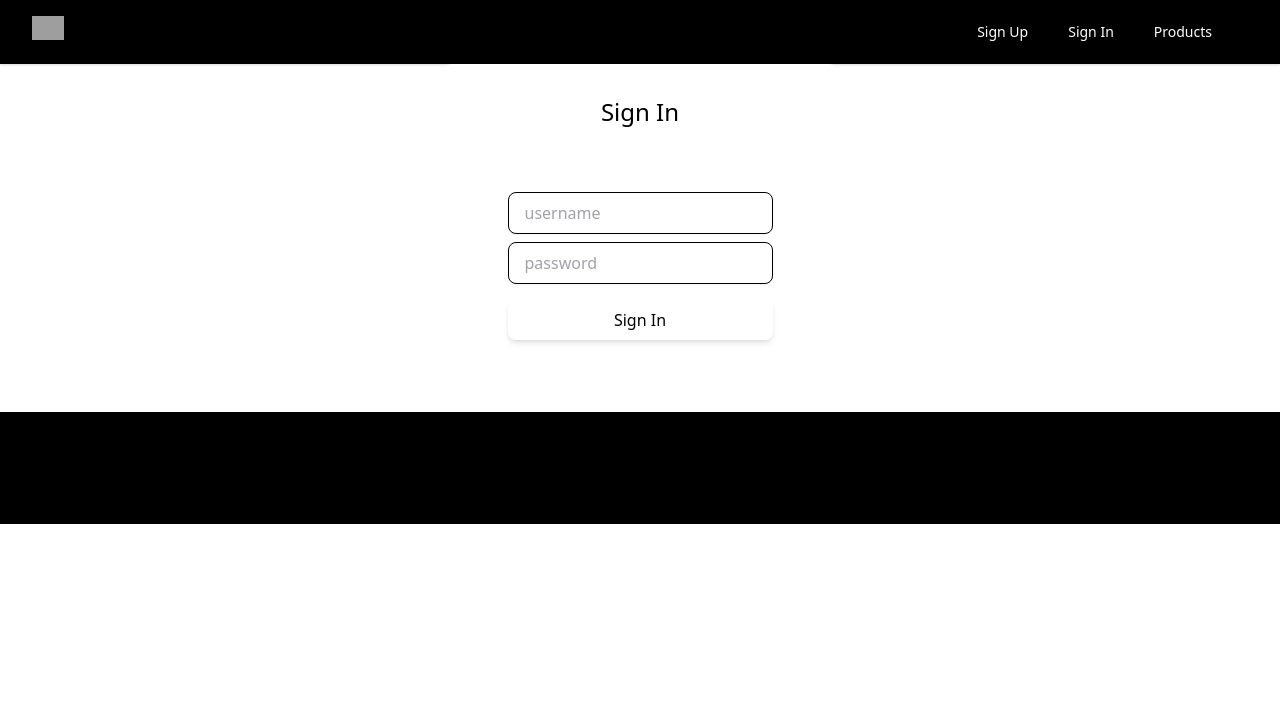
Repository: jesschoe/devup
Page: /signin (app in client/)
The author's editor kept a copy of each file at every save. The page is drawn from the files as they stood at one save, then again after a run of saves.
The browser window is 1280 px wide. The pictures show the whole page.
Pictures or frames that could not be fetched are drawn as grey boxes. The project was rebuilt for these pictures with package versions that can differ from the ones it lists, and the page was loaded fresh each time. Also part of the build but not shown: client/craco.config.js, client/src/screens/Home/Home.jsx, client/src/services/products.js, client/src/screens/ProductDetail/ProductDetail.jsx, client/src/screens/ProductEdit/ProductEdit.jsx, client/src/screens/ProductCreate/ProductCreate.jsx, client/src/screens/SignUp/SignUp.jsx, client/src/components/Product/Product.jsx and 2 more.

Above is the page before, as saved 2021-10-10 14:16:26.

After the next 5 saves:
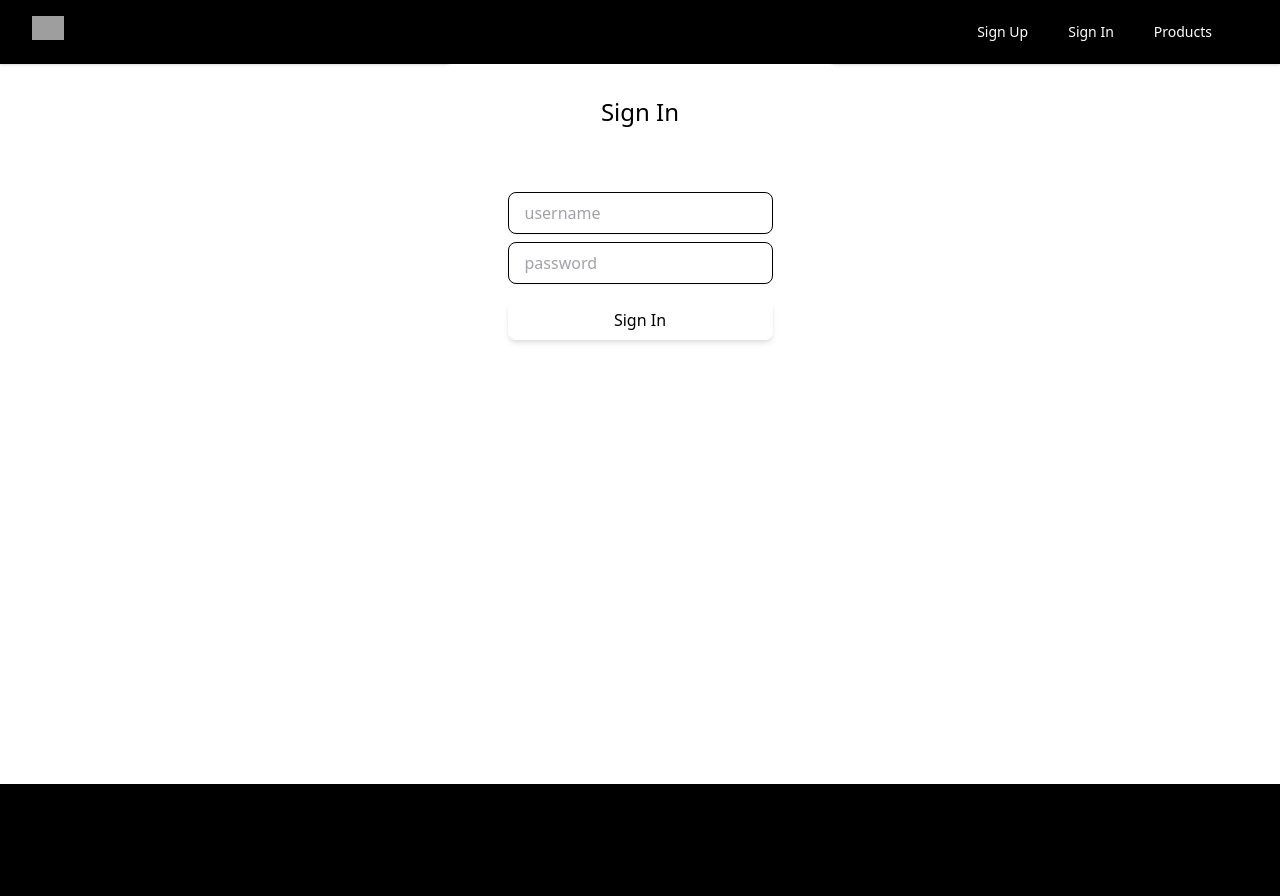
The 5 saves are shown as one change because they came seconds apart.
The last was saved 13 s later.
--- a/client/src/screens/SignIn/SignIn.jsx
+++ b/client/src/screens/SignIn/SignIn.jsx
@@ -55,7 +55,7 @@ const SignIn = (props) => {
 
   return (
     <Layout>
-      <div className="">
+      <div className="min-h-screen min-w-max">
       <div className="flex justify-center">
         <div class="flex flex-col justify-center items-center max-w-md px-4 py-8 bg-white rounded-lg  sm:px-6 md:px-8 lg:px-10">
           <div class="self-center mb-2 text-xl font-light text-black sm:text-2xl dark:text-white">
